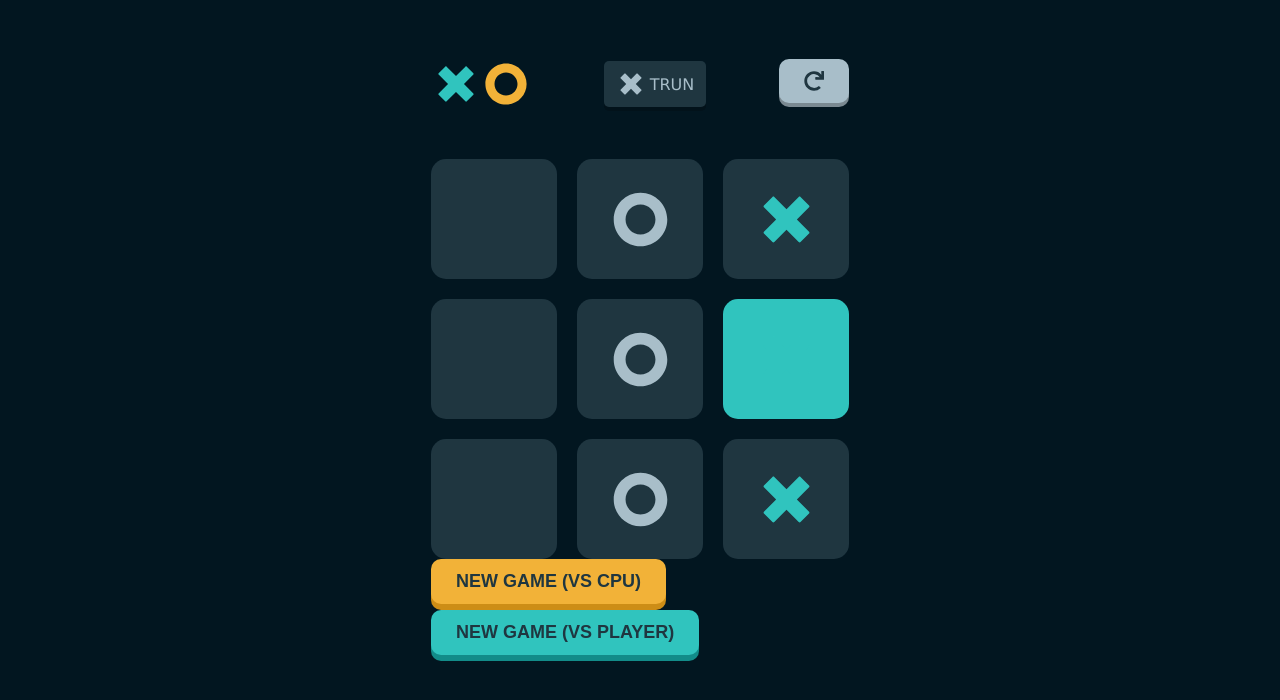
Repository: SD-Mdouka/XO_GAME
Page: /
The author's editor kept a copy of each file at every save. The page is drawn from the files as they stood at one save, then again after the next save.
The browser window is 1280 px wide. The pictures show the whole page.
The project was rebuilt for these pictures with package versions that can differ from the ones it lists, and the page was loaded fresh each time. Also part of the build but not shown: src/component/start/Start.js.

Above is the page before, as saved 2022-08-29 16:36:03.

### src/index.css
* {
    padding: 0;
    margin: 0;
    box-sizing: border-box;
}

:root {
    --color-bg-dark: #192a33;
    --color-bg-light: #1f3640;
    --color-gray: #a8bec9;
    --color-gray-dark: #7a8991;
    --color-yellow: #f2b238;
    --color-yellow-dark: #cd8d16;
    --color-blue: #30c4be;
    --color-blue-dark: #128c89;
    --shadow-y: 6px;
}

html {
    font-family: "Lucida Sans", "Lucida Sans Regular", "Lucida Grande", "Lucida Sans Unicode", Geneva, Verdana, sans-serif;
    text-transform: uppercase;
    font-size: 16px;
}

body {
    background-color: var(--color-bg-dark);
    color: var(--color-gray);
}

.App {
    background-color: #021620;
    min-height: 100vh;
    display: flex;
    align-items: center;
    justify-content: center;
}

.container {
    max-width: 450px;
    width: 100%;
    margin-inline: auto;
    padding: 2rem 1rem;
}


/*utilites*/

.card {
    padding: 25px;
    display: flex;
    flex-direction: column;
    gap: 25px;
    border-radius: 15px;
    background-color: var(--color-bg-light);
    -webkit-border-radius: 15px;
    -moz-border-radius: 15px;
    -ms-border-radius: 15px;
    -o-border-radius: 15px;
    text-align: center;
}

.text-lg {
    font-size: 1.25rem;
}

.text-xl {
    font-size: 1.5rem;
}

.text-2xl {
    font-size: 1.725rem;
}

.text-light {
    color: var(--color-gray);
}

.text-blue {
    color: var(--color-blue);
}

.text-yellow {
    color: var(--color-yellow);
}

.btn {
    background-color: var(--color-gray);
    border: none;
    font-size: 1.125rem;
    font-weight: bold;
    padding: 12px 25px;
    text-transform: uppercase;
    cursor: pointer;
    border-radius: 10px;
    -webkit-border-radius: 10px;
    -moz-border-radius: 10px;
    -ms-border-radius: 10px;
    -o-border-radius: 10px;
    color: var(--color-bg-light);
    display: inline-block;
    box-shadow: 0 var(--shadow-y) 0 var(--color-gray-dark);
    margin-bottom: 6px;
    transition: all 0.2s;
    -webkit-transition: all 0.2s;
    -moz-transition: all 0.2s;
    -ms-transition: all 0.2s;
    -o-transition: all 0.2s;
}

.btn:hover {
    --shadow-y: 8px;
    transform: translateY(-2px);
    -webkit-transform: translateY(-2px);
    -moz-transform: translateY(-2px);
    -ms-transform: translateY(-2px);
    -o-transform: translateY(-2px);
}

.btn:active {
    --shadow-y: 4px;
    transform: translateY(2px);
    -webkit-transform: translateY(2px);
    -moz-transform: translateY(2px);
    -ms-transform: translateY(2px);
    -o-transform: translateY(2px);
}

.btn-yellow {
    background-color: var(--color-yellow);
    box-shadow: 0 var(--shadow-y) 0 var(--color-yellow-dark);
}

.btn-blue {
    background-color: var(--color-blue);
    box-shadow: 0 var(--shadow-y) 0 var(--color-blue-dark);
}

.btn-sm {
    --shadow-y: 4px;
}

.btn-sm:hover {
    --shadow-y: 6px;
}

.btn-sm:active {
    --shadow-y: 3px;
}


/* icons */

.icon {
    display: inline-block;
}

.icon svg {
    fill: var(--color-gray);
    height: 50px;
    width: 50px;
    vertical-align: middle;
}

.icon-sm svg {
    height: 30px;
    width: 30px;
}

.icon-lg svg {
    height: 65px;
    width: 65px;
}

.icon-yellow svg {
    fill: var(--color-yellow);
}

.icon-blue svg {
    fill: var(--color-blue);
}

.icon-dark svg {
    fill: var(--color-bg-dark);
}


/* Sarte */

.start {
    display: flex;
    flex-direction: column;
    gap: 25px;
}

.start__header {
    display: flex;
    align-items: center;
    justify-content: center;
}

.start__players {
    background-color: var(--color-bg-dark);
    padding: 10px;
    border-radius: 15px;
    -webkit-border-radius: 15px;
    -moz-border-radius: 15px;
    -ms-border-radius: 15px;
    -o-border-radius: 15px;
    display: flex;
    align-items: center;
    box-shadow: inset 0 0 8px rgba(0, 0, 0, 0.2);
}

.start__players span {
    width: 50%;
    display: flex;
    align-items: center;
    justify-content: center;
    padding: 15px 10px;
    border-radius: 10px;
    -webkit-border-radius: 10px;
    -moz-border-radius: 10px;
    -ms-border-radius: 10px;
    -o-border-radius: 10px;
    cursor: pointer;
}

.start__players--active {
    background-color: var(--color-gray);
    box-shadow: 0 0 8px rgba(255, 255, 255, 0.2);
}

.start__btns {
    display: flex;
    flex-direction: column;
    gap: 12px;
}


/* board */

.board__header {
    display: flex;
    justify-content: space-between;
    align-items: center;
    margin-bottom: 50px;
}

.board__turn {
    border-radius: 5px;
    background-color: var(--color-bg-light);
    -webkit-border-radius: 5px;
    -moz-border-radius: 5px;
    -ms-border-radius: 5px;
    -o-border-radius: 5px;
    padding: 8px 12px;
    align-items: center;
    display: flex;
    gap: 4px;
    box-shadow: 0 4px 0 rgba(0, 0, 0, 0.2);
}

.board__restart svg {
    height: 20px;
    display: flex;
    align-items: center;
    transform-origin: center;
    transition: all 0.3s;
    -webkit-transition: all 0.3s;
    -moz-transition: all 0.3s;
    -ms-transition: all 0.3s;
    -o-transition: all 0.3s;
}

.board__restart:active svg {
    transform: rotate(180deg);
    -webkit-transform: rotate(180deg);
    -moz-transform: rotate(180deg);
    -ms-transform: rotate(180deg);
    -o-transform: rotate(180deg);
}

.board__body {
    display: grid;
    grid-template-columns: repeat(3, 1fr);
    gap: 20px;
}

.board__body .card {
    height: 120px;
    display: flex;
    align-items: center;
    justify-content: center;
    cursor: pointer;
    padding-inline: 10px;
}

.board__body .active.shadow-blue {
    background-color: var(--color-blue);
}

.board__body .active.shadow-yellow {
    background-color: var(--color-yellow);
}

.board__body .active.shadow-dark {
    background-color: var(--color-bg-dark);
}

### src/App.js
import Board from "./component/board/Board";
import Start from "./component/start/Start";

function App() {
  return (
    <div className="App">
      <div className="container">
        {/* <Start /> */}
        <Board />
      </div>
    </div>
  );
}

export default App;

### src/component/board/Board.js
import React from "react";
import Xicons from "../icons/Xicons";
import Oicons from "../icons/Oicons";
import Refrsh from "../icons/Refrsh";
import BorardCard from "./BorardCard";

const Board = () => {
  const squars = [" ", "o", "x", " ", "o", "x", " ", "o", "x"];
  return (
    <div className="board">
      <div className="board__header">
        <div>
          <Xicons />
          <Oicons />
        </div>
        <div className="board__turn">
          <Xicons color={"ligth"} size="sm" /> trun
        </div>
        <div>
          <button className="btn btn-sm board__restart">
            <Refrsh />
          </button>
        </div>
      </div>
      <div className="board__body">
        {squars.map((sq, ix) => (
          <BorardCard key={ix} index={ix} user={sq} active={ix === 5} />
        ))}
      </div>
      <div className="board__footer">
        <button className="btn btn-yellow">new game (vs CPU)</button>
        <button className="btn btn-blue">new game (vs Player)</button>
      </div>
    </div>
  );
};

export default Board;

### src/component/icons/Xicons.js
import React from "react";

const Xicon = ({ color, size }) => {
  return (
    <div
      className={`icon ${color ? "icon-" + color : "icon-blue"} ${
        size && "icon-" + size
      }`}
    >
      <svg
        version="1.1"
        id="Layer_1"
        x="0px"
        y="0px"
        width="100px"
        height="100px"
        viewBox="0 0 100 100"
      >
        <path
          d="M84.707,68.752L65.951,49.998l18.75-18.752c0.777-0.777,0.777-2.036,0-2.813L71.566,15.295
	c-0.777-0.777-2.037-0.777-2.814,0L49.999,34.047l-18.75-18.752c-0.746-0.747-2.067-0.747-2.814,0L15.297,28.431
	c-0.373,0.373-0.583,0.88-0.583,1.407c0,0.527,0.21,1.034,0.583,1.407L34.05,49.998L15.294,68.753
	c-0.373,0.374-0.583,0.88-0.583,1.407c0,0.528,0.21,1.035,0.583,1.407l13.136,13.137c0.373,0.373,0.881,0.583,1.41,0.583
	c0.525,0,1.031-0.21,1.404-0.583l18.755-18.755l18.756,18.754c0.389,0.388,0.896,0.583,1.407,0.583c0.511,0,1.019-0.195,1.408-0.583
	l13.138-13.137C85.484,70.789,85.484,69.53,84.707,68.752z"
        />
      </svg>
    </div>
  );
};

export default Xicon;

### src/component/icons/Oicons.js
import React from "react";

const Oicon = ({ color, size }) => {
  return (
    <div
      className={`icon ${color ? "icon-" + color : "icon-yellow"} ${
        size && "icon-" + size
      }`}
    >
      <svg
        version="1.1"
        id="Layer_1"
        x="0px"
        y="0px"
        viewBox="-169 -35 100 100"
      >
        <g>
          <path
            d="M-119,56.2c-22.7,0-41.2-18.5-41.2-41.2s18.5-41.2,41.2-41.2c22.7,0,41.2,18.5,41.2,41.2S-96.3,56.2-119,56.2z M-119-8
		c-12.7,0-23,10.3-23,23c0,12.7,10.3,23,23,23s23-10.3,23-23C-96,2.3-106.3-8-119-8z"
          />
        </g>
      </svg>
    </div>
  );
};

export default Oicon;

### src/component/icons/Refrsh.js
import React from "react";

const Refrsh = () => {
  return (
    <svg
      aria-hidden="true"
      focusable="false"
      data-prefix="fas"
      data-icon="redo"
      role="img"
      xmlns="http://www.w3.org/2000/svg"
      viewBox="0 0 512 512"
    >
      <path
        fill="currentColor"
        d="M500.33 0h-47.41a12 12 0 0 0-12 12.57l4 82.76A247.42 247.42 0 0 0 256 8C119.34 8 7.9 119.53 8 256.19 8.1 393.07 119.1 504 256 504a247.1 247.1 0 0 0 166.18-63.91 12 12 0 0 0 .48-17.43l-34-34a12 12 0 0 0-16.38-.55A176 176 0 1 1 402.1 157.8l-101.53-4.87a12 12 0 0 0-12.57 12v47.41a12 12 0 0 0 12 12h200.33a12 12 0 0 0 12-12V12a12 12 0 0 0-12-12z"
      ></path>
    </svg>
  );
};

export default Refrsh;

### src/component/board/BorardCard.js
import React from "react";
import Xicons from "../icons/Xicons";
import Oicons from "../icons/Oicons";

const BorardCard = ({ user = "nouser", active, index }) => {
  return (
    <div
      className={`card
      ${active && user === "x" && "shadow-blue"}
    ${active && user === "o" && "shadow-yellow"}
    ${!active ? "shadow-gray" : "active"}
    `}
    >
      {user === "x" && <Xicons size="lg" />}
      {user === "o" && <Oicons color={"light"} size="lg" />}
    </div>
  );
};

export default BorardCard;

Loaded but not shown: public/index.html (common file); src/index.js (common file)

After the next save:
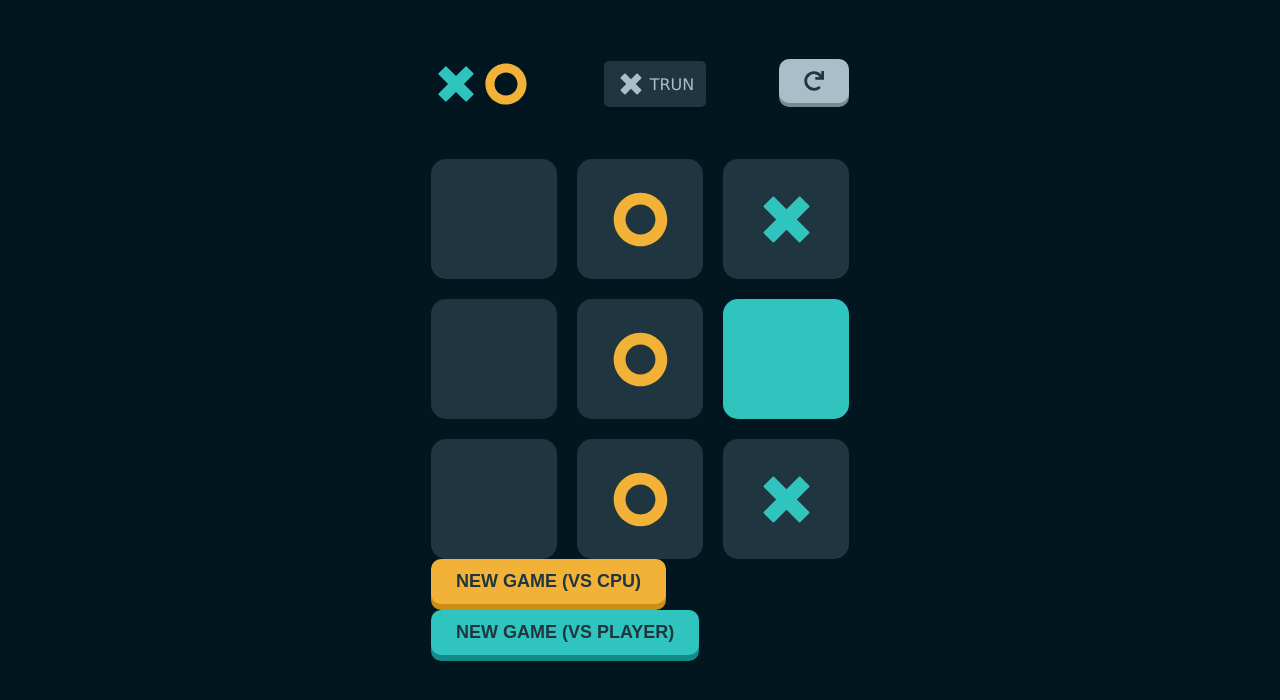
Saved 10 s later.
--- a/src/component/board/BorardCard.js
+++ b/src/component/board/BorardCard.js
@@ -12,7 +12,7 @@ const BorardCard = ({ user = "nouser", active, index }) => {
     `}
     >
       {user === "x" && <Xicons size="lg" />}
-      {user === "o" && <Oicons color={"light"} size="lg" />}
+      {user === "o" && <Oicons size="lg" />}
     </div>
   );
 };
